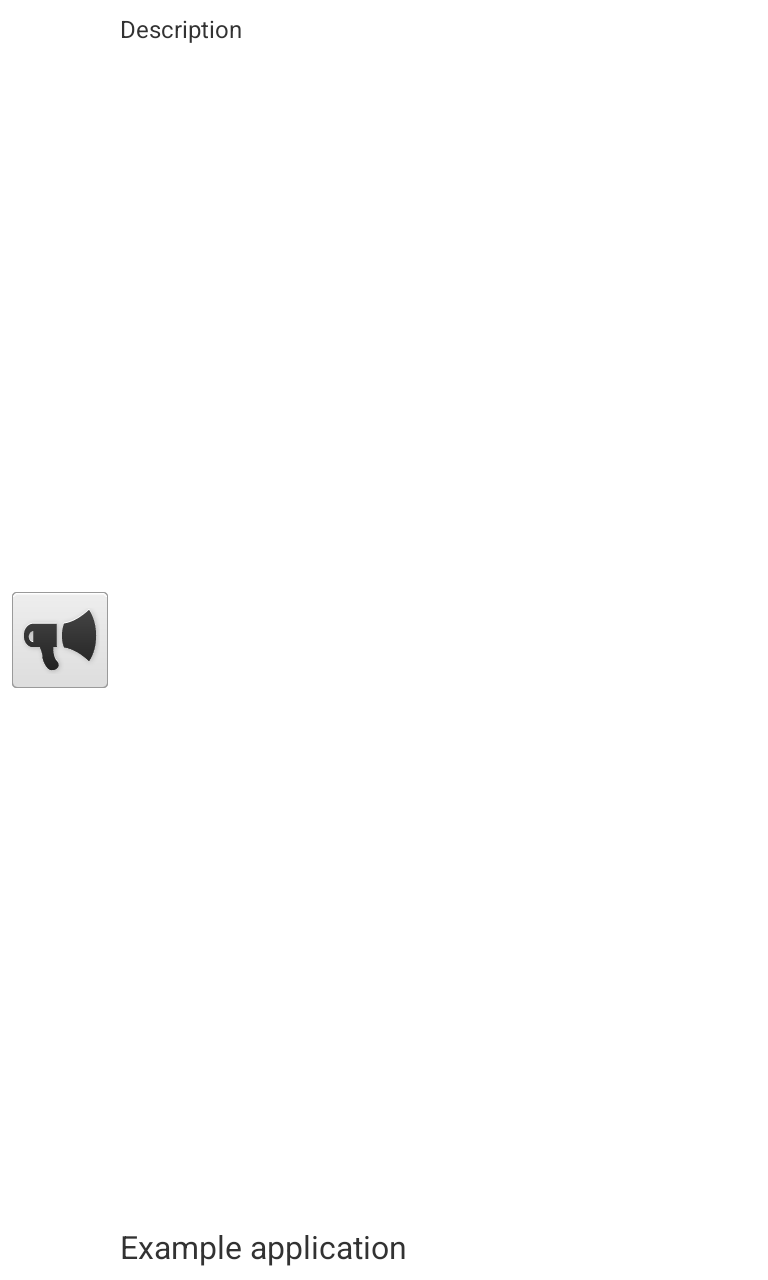
Repository: DeKaaskop/Android_1
Layout: Blogger_Inholland/res/layout/blog_listitem.xml
The author's editor kept a copy of each file at every save. The layout is drawn from the files as they stood at one save, then again after the next save.
It is drawn on a 768 x 1280 px phone screen (xhdpi) without system bars, with theme AppTheme; the app's code is not run. The app's manifest (not shown) leaves right-to-left support off. So textAlignment, textDirection and layoutDirection are ignored, and left and right values win over start and end ones.

Above is the layout before, as saved 2015-01-26 22:12:52.

After the next save:
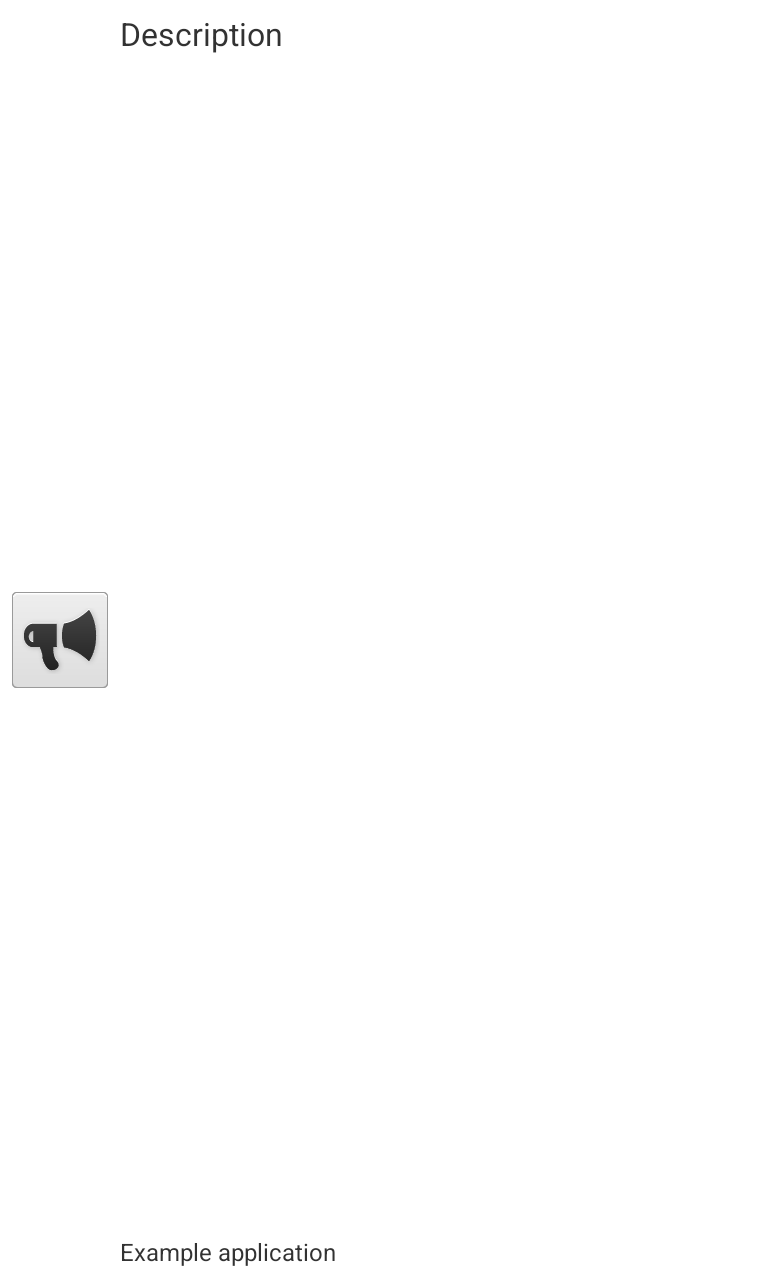
Saved 28 s later.
--- a/Blogger_Inholland/res/layout/blog_listitem.xml
+++ b/Blogger_Inholland/res/layout/blog_listitem.xml
@@ -27,7 +27,7 @@
         android:ellipsize="marquee"
         android:singleLine="true"
         android:text="Description"
-        android:textSize="12sp" />
+        android:textSize="16sp" />
 
     <TextView
         android:id="@+id/blog_listitem_description"
@@ -40,6 +40,6 @@
         android:layout_toRightOf="@id/blog_listitem_image"
         android:gravity="center_vertical"
         android:text="Example application"
-        android:textSize="16sp" />
+        android:textSize="12sp" />
 
 </RelativeLayout>
